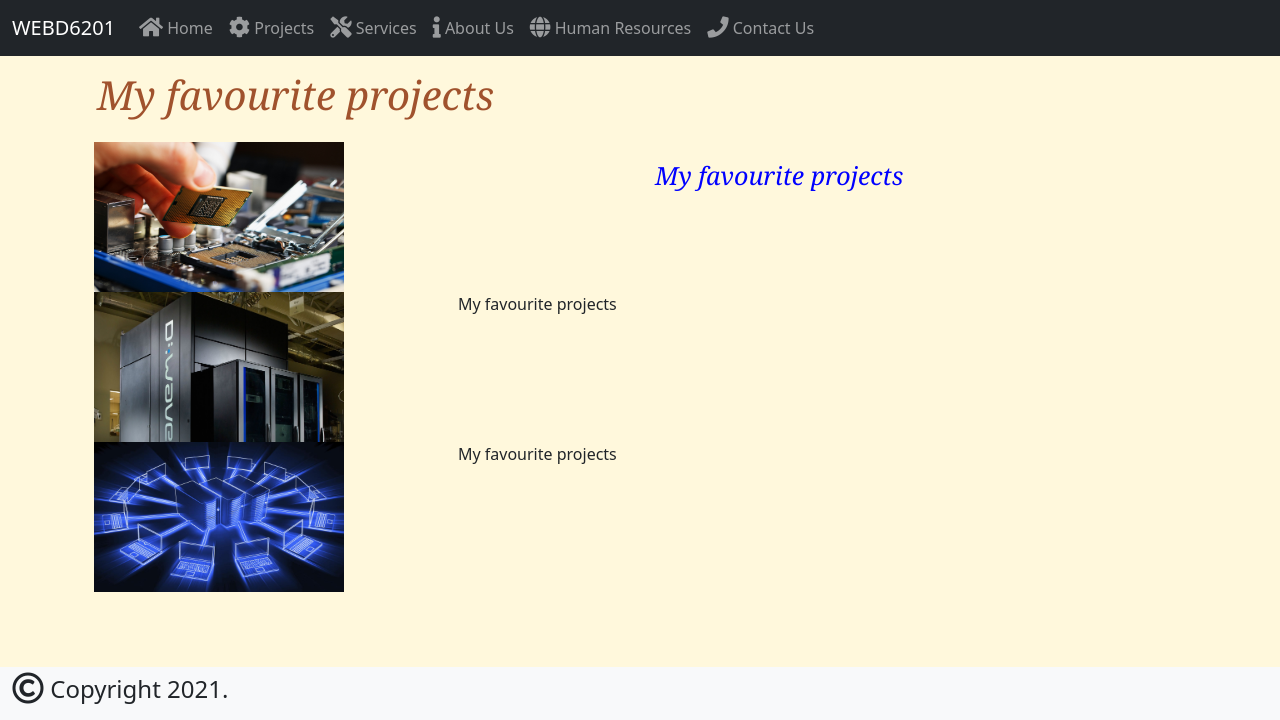
Repository: YiuWingLau/WEBD6201-W2021-Lab1
Page: projects.html
These files come from the project's save history. The page is drawn as it stood at one moment and after the next save; the edit follows.
The browser window is 1280 px wide. The pictures show the whole page.

Above is the page before, as saved 2021-02-04 21:18:53.

After the next save:
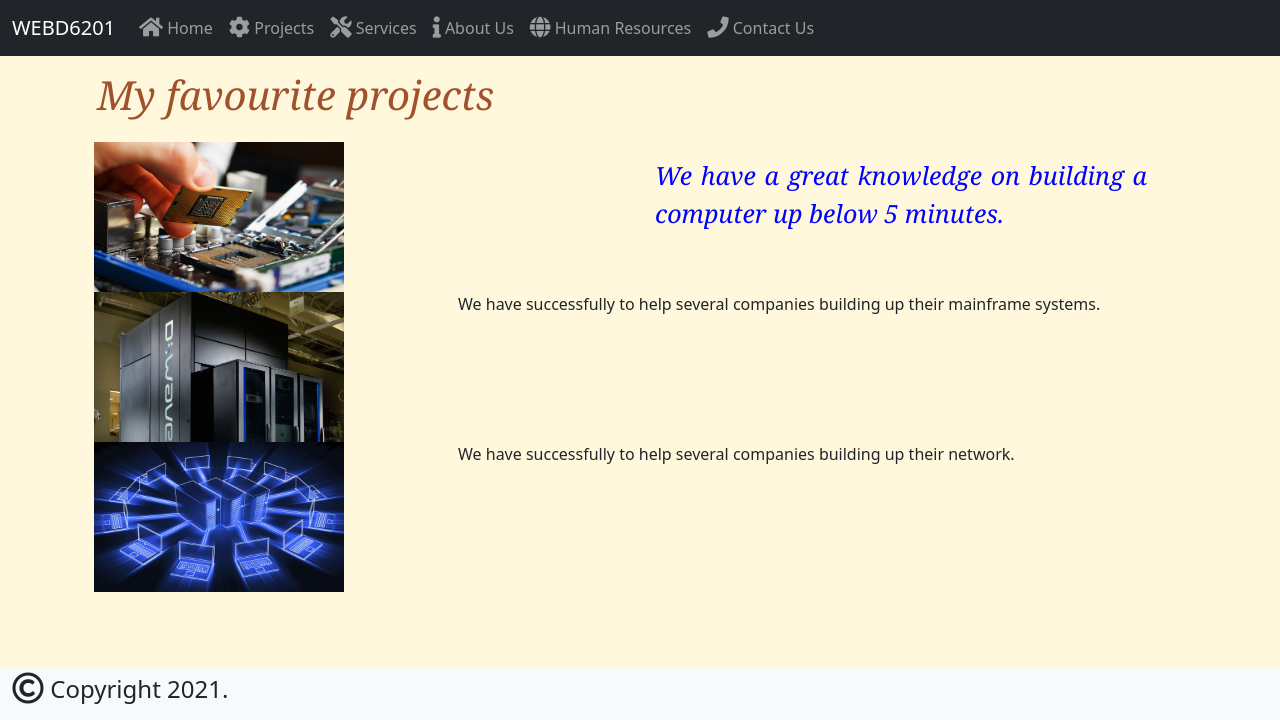
Saved 16 min 59 s later.
--- a/Scripts/app.js
+++ b/Scripts/app.js
@@ -78,21 +78,24 @@
       let projectOne = document.createElement("div");
       projectOne.setAttribute("class", "row");
       projectOne.setAttribute("id", "projectOne");
-      projectOne.innerHTML = `<div class="row"><div class="col-6"><img id="favImage" src="./images/hardware.jpg" alt="computer hardware"></div><div class="col-6"><p> My favourite projects</p></div></div><div></div>`;
+      projectOne.innerHTML = `<div class="row"><div class="col-6"><img id="favImage" src="./images/hardware.jpg" alt="computer hardware"></div>
+                              <div class="col-6"><p> We have a great knowledge on building a computer up below 5 minutes.</p></div></div><div></div>`;
       project.appendChild(projectOne);
 
       // create & insert 2nd favorite project detail
       let projectTwo = document.createElement("div");
       projectTwo.setAttribute("class", "row");
       projectTwo.setAttribute("id", "projectTwo");
-      projectTwo.innerHTML = `<div class="row"><div class="col-4"><img id="favImage" src="./images/mainframe.jpg" alt="mainframe development"></div><div class="col-8"> My favourite projects</div></div><div></div>`;
+      projectTwo.innerHTML = `<div class="row"><div class="col-4"><img id="favImage" src="./images/mainframe.jpg" alt="mainframe development"></div>
+                              <div class="col-8"> We have successfully to help several companies building up their mainframe systems.</div></div><div></div>`;
       project.appendChild(projectTwo);
 
       // create & insert 2nd favorite project detail
       let projectThree = document.createElement("div");
       projectThree.setAttribute("class", "row");
       projectThree.setAttribute("id", "projectThree");
-      projectThree.innerHTML = `<div class="row"><div class="col-4"><img id="favImage" src="./images/networking.jpg" alt="computer networking"></div><div class="col-8"> My favourite projects</div></div><div></div>`;
+      projectThree.innerHTML = `<div class="row"><div class="col-4"><img id="favImage" src="./images/networking.jpg" alt="computer networking"></div>
+                                <div class="col-8"> We have successfully to help several companies building up their network.</div></div><div></div>`;
       project.appendChild(projectThree);
     }
 
